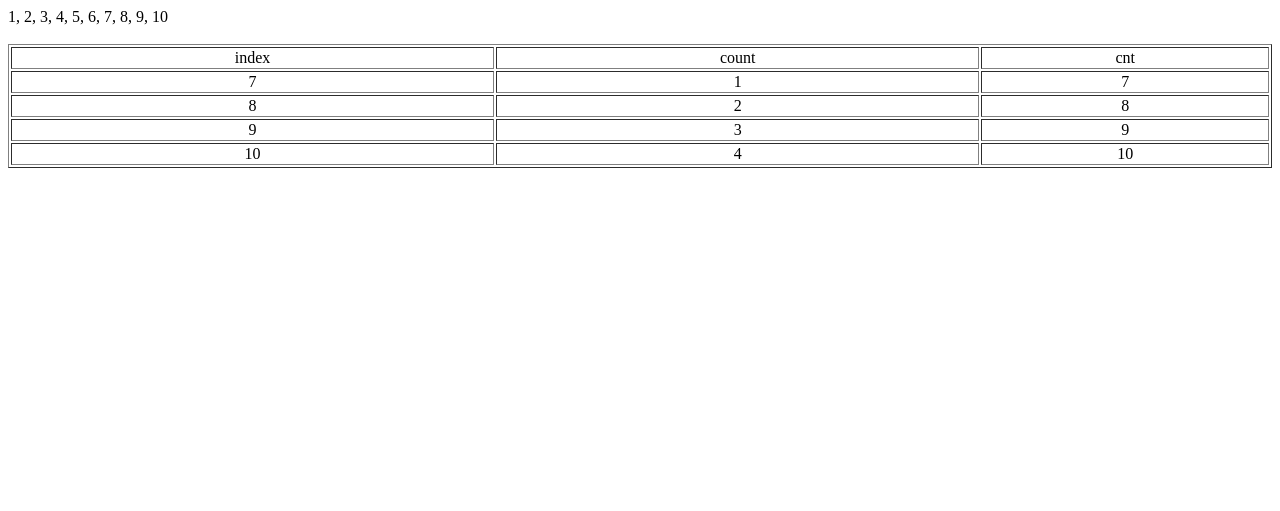
Repository: supremehappy/JSP_test02
Page: http://localhost/07/17_movieList.jsp
These files come from the project's save history. The page is drawn as it stood at one moment and after the next save; the edit follows.
The browser window is 1280 px wide. The pictures show the whole page.
The page is served by Tomcat 9.

Above is the page before, as saved 2017-07-18 04:27:09.

After the next save:
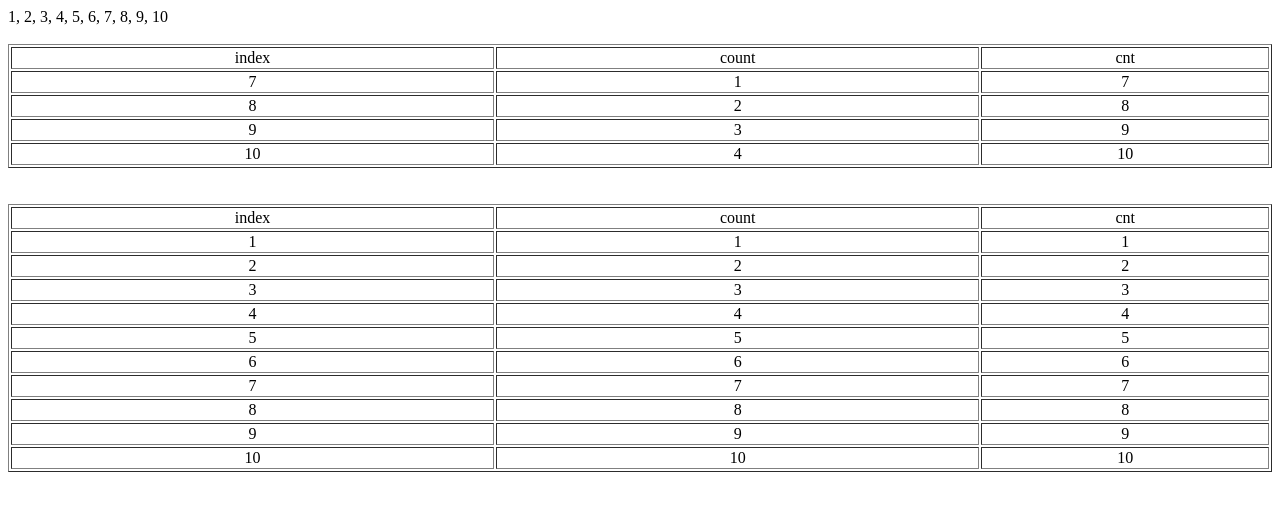
Saved 48 s later.
--- a/07/WebContent/17_movieList.jsp
+++ b/07/WebContent/17_movieList.jsp
@@ -24,5 +24,18 @@
 		</tr>
 	</c:forEach>
 </table>
+<br><br>
+<table border="1" style="width:100%; text-align:center;">
+	<tr>
+		<td>index</td><td>count</td><td>cnt</td>
+	</tr>
+	<c:forEach var="cnt" begin="1" end="10" varStatus="status">
+		<tr>
+			<td>${status.index}</td>
+			<td>${status.count}</td>
+			<td>${cnt}</td>
+		</tr>
+	</c:forEach>
+</table>
 </body>
 </html>
